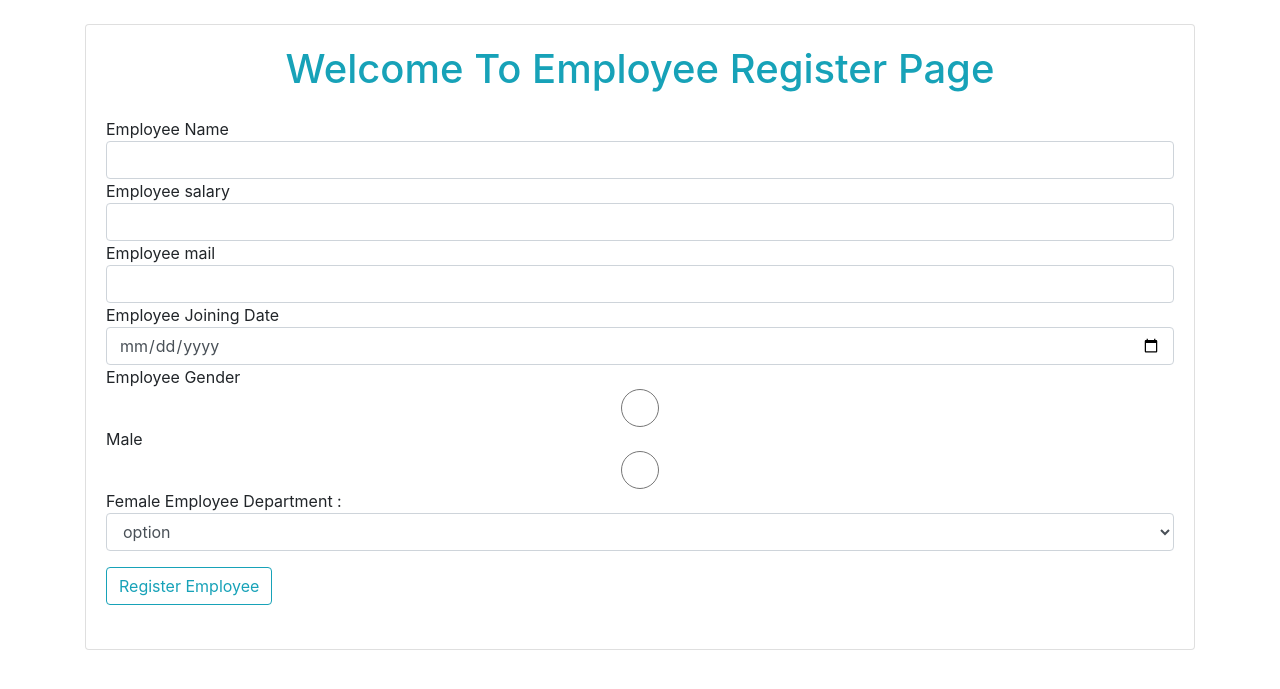
Repository: lokeshsukhwal/EmployeeMiniProject
Page: http://localhost/EmployeeRegister
The author's editor kept a copy of each file at every save. The page is drawn from the files as they stood at one save, then again after the next save.
The browser window is 1280 px wide. The pictures show the whole page.
The page is this project's Thymeleaf template; nobody is signed in. The template is opened directly, without the code that normally fills it, so the values that code supplies are empty.

Above is the page before, as saved 2023-01-18 14:28:19.

After the next save:
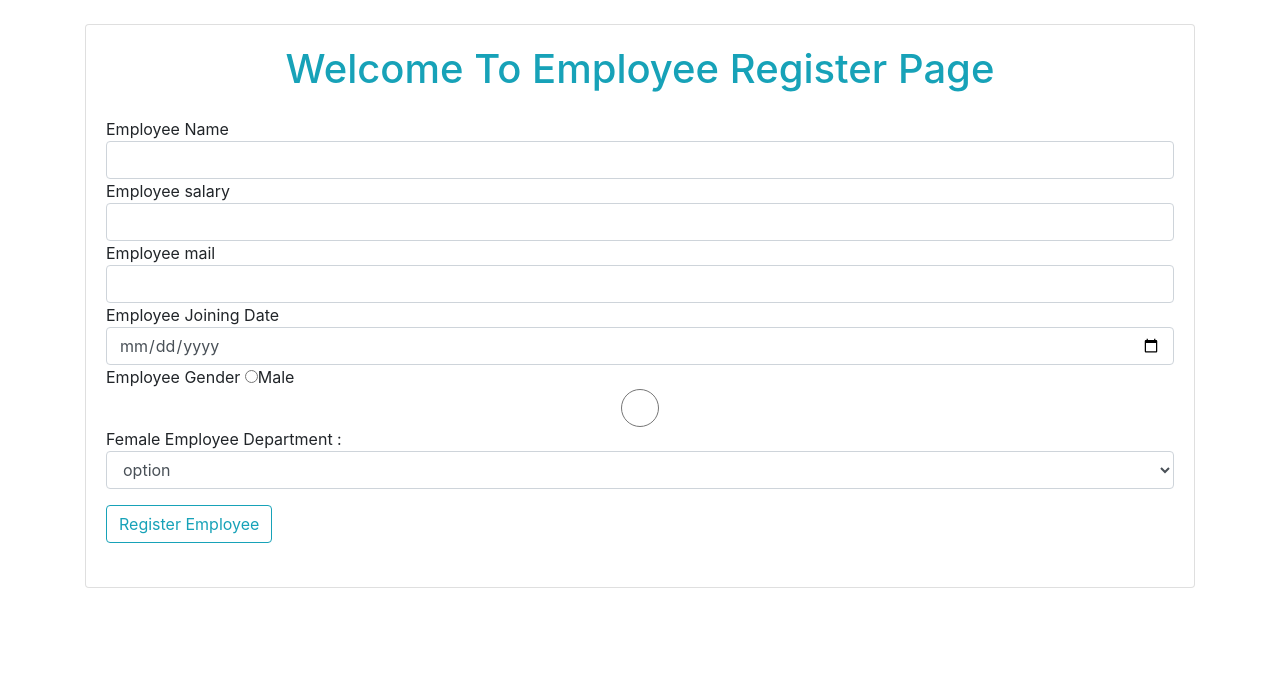
Saved 33 s later.
--- a/SpringBootMvc-ThymeleafMySqlCrudMiniProject/src/main/resources/templates/EmployeeRegister.html
+++ b/SpringBootMvc-ThymeleafMySqlCrudMiniProject/src/main/resources/templates/EmployeeRegister.html
@@ -17,7 +17,7 @@
 		    Employee salary <input type="text"name="empSalary" class="form-control">
 		    Employee mail <input type="email" name="empMail" class="form-control">
 		 Employee Joining Date <input type="date" name="empDoj" class="form-control">
- Employee Gender <input type="radio" name="empGender"class="form-control" value="male">Male
+ Employee Gender <input type="radio" name="empGender" value="male">Male
   <input type="radio" name="empGender"class="form-control" value="female">Female
 		    Employee Department : <select name="department" class="form-control dropdown">
 									<option value="#">option</option>
